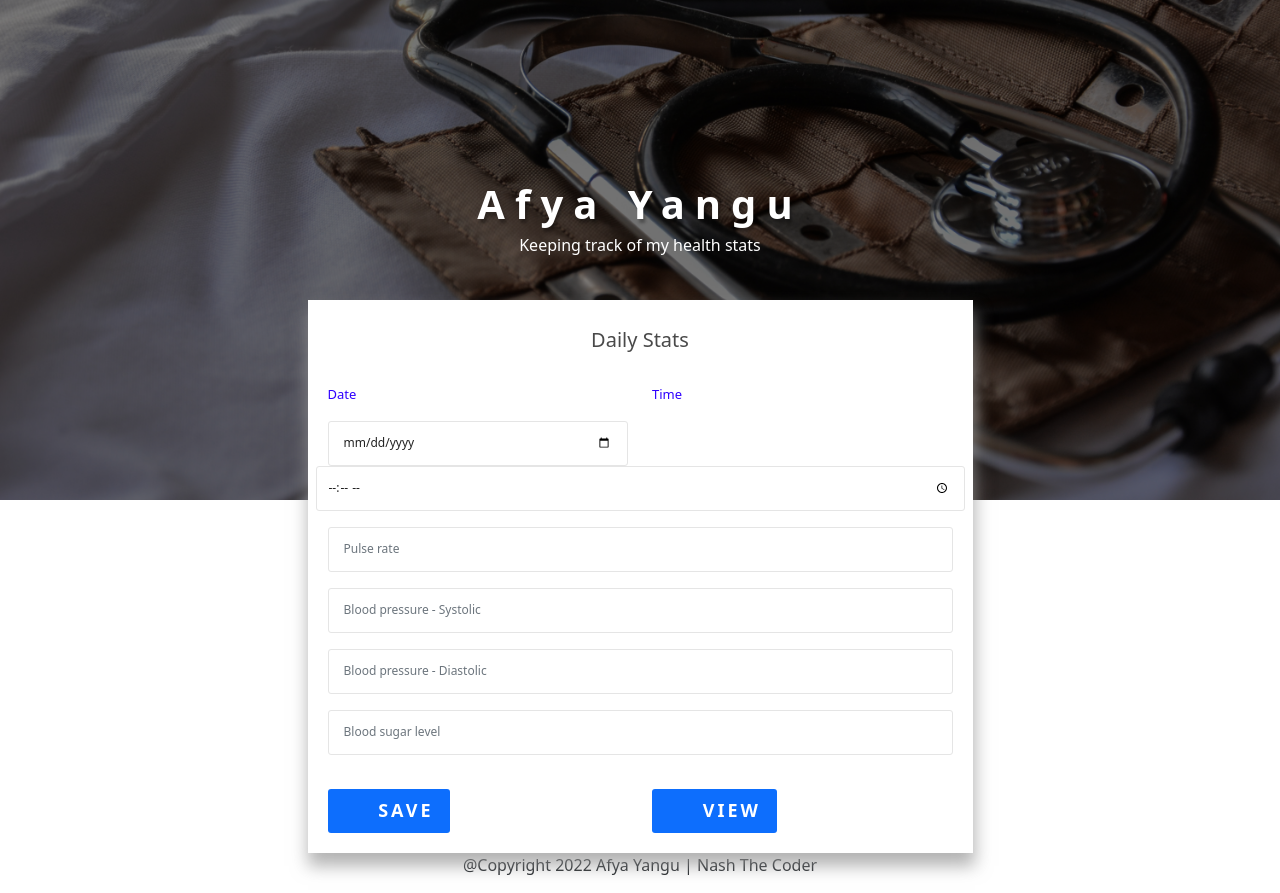
Repository: nashthecoder/afya_yangu
Page: /
These files come from the project's save history. The page is drawn as it stood at one moment and after the next save; the edit follows.
The browser window is 1280 px wide. The pictures show the whole page.
The project was rebuilt for these pictures with package versions that can differ from the ones it lists, and the page was loaded fresh each time.

Above is the page before, as saved 2022-02-27 16:56:49.

### src/App.js
import React from 'react'
import Banner from './components/Banner'
import Form from './components/Form'
import Footer from './components/Footer'
function App() {
  return (
    <div className="App">
      <Banner />
      <Form />
      <Footer />
    </div>
  );
}

export default App;

### src/style.scss
@import '../node_modules/bootstrap/scss/bootstrap.scss';
/*********************************************/
/*             GENERAL CSS              */
/*********************************************/

body {
    width: 100%;
    position: relative;
}

p.main-form-text {
    font-size: 20px !important;
    font-weight: 500;
    color: #494949;
}

h3 {
    font-size: 40px;
    letter-spacing: 10px;
    font-weight: bold;
}

h4 {
    font-size: 16px;
}

img {
    width: 100%;
    height: 100%;
}

form {
    position: relative;
}

/*********************************************/
/*              UTILITY CSS             */
/*********************************************/

input,
input.form-control {
    color: #222;
    font-size: 12px;
    background: $white;
    padding: 0 15px;
    width: 100%;
    height: 45px;
    line-height: 46px;
    outline: none;
    border: 1px solid #e5e5e5;
    border-radius: 3px;
    box-shadow: none;
    transition: all 0.3s;
}

// input.form-control-short {
//     color: #222;
//     font-size: 10px;
//     background: $white;
//     padding: 0 15px;
//     width: 36%;
//     height: 30px;
//     line-height: 35px;
//     outline: none;
//     border: 1px solid #e5e5e5;
//     border-radius: 3px;
//     box-shadow: none;
//     transition: all 0.3s;
// }

.btn-primary {
    font-weight: 600;
    font-size: 18px;
    cursor: pointer;
    display: inline-block;
    text-transform: uppercase;
    border: none;
    color: $white;
    border-radius: 3px;
    transition: all 0.3s;
    letter-spacing: 3px;
}

.btn-primary:hover,
.btn-primary:focus {
    background-color: #2b2b2b;
}

.banner {
    background-image: url("./images/bg.jpg");
    min-height: 500px;
    padding: 40px 0px;
    position: relative;
    background-position: center center;
    background-size: cover;
    background-repeat: no-repeat;
}

.banner::before {
    content: "";
    width: 100%;
    height: 100%;
    opacity: 0.5;
    background-color: #000;
    position: absolute;
    top: 0;
}

.brand {
    text-shadow: 2px 4px 3px rgba(0, 0, 0, 0.3);
}

.caption-text {
    margin-top: 130px;
    color: $white;
    position: relative;
}

/*********************************************/
/*              BANNER CSS              */
/*********************************************/

.banner {
    background-image: url("./images/bg.jpg");
    min-height: 500px;
    padding: 40px 0px;
    position: relative;
    background-position: center center;
    background-size: cover;
    background-repeat: no-repeat;
}

.banner::before {
    content: "";
    width: 100%;
    height: 100%;
    opacity: 0.5;
    background-color: #000;
    position: absolute;
    top: 0;
}

.brand {
    text-shadow: 2px 4px 3px rgba(0, 0, 0, 0.3);
}

.caption-text {
    margin-top: 130px;
    color: $white;
    position: relative;
}

/*********************************************/
/*              FORM CSS                "/
/*********************************************/

.form-box #box-title {
    position: relative;
    padding: 10px;
    text-align: center;
}

.form-box #box-title p {
    margin-bottom: 0;
    font-size: 14px;
}

.fill-form {
    position: relative;
    margin: -210px auto 0px auto;
    box-shadow: 1px 12px 16px 1px rgba(153, 153, 153, 0.75);
    -webkit-box-shadow: 1px 12px 16px 1px rgba(153, 153, 153, 0.75);
    -moz-box-shadow: 1px 12px 16px 1px rgba(153, 153, 153, 0.75);
}

.fill-form .form-box__img {
    background-color: transparent;
}

.fill-form .form-box__content {
    padding: 20px;
    background-color: $white;
}

.row {
    padding-top: 10px;
    color: rgb(47, 0, 255);
    font-size: small;
}

/*********************************************/
/*               FOOTER CSS                  "/
/*********************************************/

footer p {
    margin: 55px 0px 60px 0px;
    font-size: 17px;
    font-weight: 600;
    color: transparent;
    -webkit-background-clip: text;
    -moz-background-clip: text;
    background-clip: text;
}

/*********************************************/
/*              MEDIA QUERIES CSS           "/
/*********************************************/

@media only screen and (min-width: 994px) and (max-width: 1398px) and (-webkit-min-device-pixel-ratio: 1) {
    .form-box #box-title {
        padding: 5px 20px 20px 20px;
    }
}

@media only screen and (min-width: 767px) and (max-width: 1196px) and (-webkit-min-device-pixel-ratio: 1) {
    .form-box #box-title {
        padding: 0px;
    }
    .fill-form .form-box__content {
        padding: 50px 50px 60px 50px;
    }
}

@media only screen and (min-width: 500px) and (max-width: 766px) and (-webkit-min-device-pixel-ratio: 1) {
    .form-box #box-title {
        padding: 0px;
    }
    .fill-form .form-box__content {
        padding: 50px 50px 60px 50px;
    }
    h3.brand {
        font-size: 30px;
    }
    .caption-text h4 {
        font-size: 14px;
    }
    .caption-text {
        margin-top: 110px;
    }
    footer {
        margin-bottom: 30px;
    }
    .form-box__img {
        display: none;
    }
}

@media only screen and (min-width: 360px) and (max-width: 499px) and (-webkit-min-device-pixel-ratio: 1) {
    .caption-text {
        margin-top: 30px;
    }
    h3.brand {
        font-size: 19px;
    }
    .banner {
        min-height: 400px;
    }
    .form-box__img {
        display: none;
    }
    footer {
        margin-bottom: 10px;
    }
}

@media only screen and (max-width: 359px) {
    .caption-text {
        margin-top: 30px;
    }
    h3.brand {
        font-size: 17px;
    }
    .caption-text h4 {
        font-size: 12px;
    }
    .banner {
        min-height: 400px;
    }
    .form-box__img {
        display: none;
    }
    .form-box #box-title {
        padding: 0px 30px 30px;
    }
}

### src/components/Banner.js
import React from 'react'

const Banner = () => {
    return (
        <>
        <header>
            <div className="banner">
                <div className="container">
                    <div className="row">
                        <div className="col-lg-9 offset-lg-3 mx-auto">
                            <div className="caption-text text-center">
                                <h3 className="brand">Afya Yangu</h3>
                                <h4> Keeping track of my health stats</h4>
                            </div>
                        </div>
                    </div>
                </div>
            </div>
        </header>
        </>
    )
}

export default Banner

### src/components/Form.js
import React from 'react'

const Form = () => {
    return (
        <>
        <section>
            <div className="container">
                <div className="row">
                <div className="col-lg-7 offset-lg-2 g-0 mx-auto">
                    <div className="fill-form form-box">
                            <div className="form-box__content">
                            <div id="box-title">
                                <p className="main-form-text">Daily Stats</p>
                            </div>
                            <div className="container">
                                <div class="row">
                                        <div class="col">
                                            <p>Date</p>
                                            <input
                                                id="date"
                                                name="date"
                                                placeholder="Date"
                                                type="date"
                                            />
                                        </div>
                                        <div class="col">
                                            <p>Time</p>
                                        </div>
                                        <input
                                            id="time"
                                            name="time"
                                            placeholder="Time"
                                            type="time"
                                        />
                                </div>
                            </div>
                            <form>
                                <div className="mt-3">
                                <input
                                    className="form-control"
                                    id="pulse-rate"
                                    name="pulse-rate"
                                placeholder="Pulse rate"
                                    type="number"
                                />
                                </div>
                                <div className="mt-3">
                                    <input
                                        class="form-control"
                                    id="systolic-number"
                                        name="systolic-number"
                                        placeholder="Blood pressure - Systolic"
                                        type="number"
                                    />
                                </div>
                                <div className="mt-3">
                                    <input
                                        className="form-control"
                                        id="diastolic-number"
                                        name="diastolic-number"
                                    placeholder="Blood pressure - Diastolic"
                                        type="number"
                                    />
                                </div>
                                <div className="mt-3">
                                    <input
                                        class="form-control"
                                    id="bloodSugar-level"
                                        name="bloodSugar-level"
                                        placeholder="Blood sugar level"
                                        type="number"
                                    />
                                </div>
                                <div className="d-grid mt-4">
                                <div class="container">
                                    <div class="row row-cols-2">
                                        <div class="col">
                                            <button class="btn btn-primary btn-lg" type="submit" value="Send Now">
                                                <svg
                                                xmlns="http://www.w3.org/2000/svg"
                                                width="27"
                                                height="27"
                                                fill="currentColor"
                                                class="bi bi-mailbox2"
                                                viewBox="0 0 16 16"
                                                >
                                                </svg>{" "}
                                                Save
                                            </button>
                                        </div>
                                        <div class="col">
                                            <button class="btn btn-primary btn-lg" type="submit" value="Send Now">
                                                <svg
                                                xmlns="http://www.w3.org/2000/svg"
                                                width="27"
                                                height="27"
                                                fill="currentColor"
                                                class="bi bi-mailbox2"
                                                viewBox="0 0 16 16"
                                                >
                                                </svg>{" "}
                                                View
                                            </button>
                                        </div>
                                    </div>
                                </div>
                                </div>
                            </form>
                            </div>
                        </div>
                    </div>
                </div>
                </div>
        </section>
        </>
    )
}

export default Form

### src/components/Footer.js
import React from 'react'

const Footer = () => {
    return (
        <>
        <div>
            <p className="footer text-center">@Copyright 2022 Afya Yangu | Nash The Coder</p>
        </div>
        </>
    )
}

export default Footer

Loaded but not shown: public/index.html (common file); src/index.js (common file); src/reportWebVitals.js (common file)

After the next save:
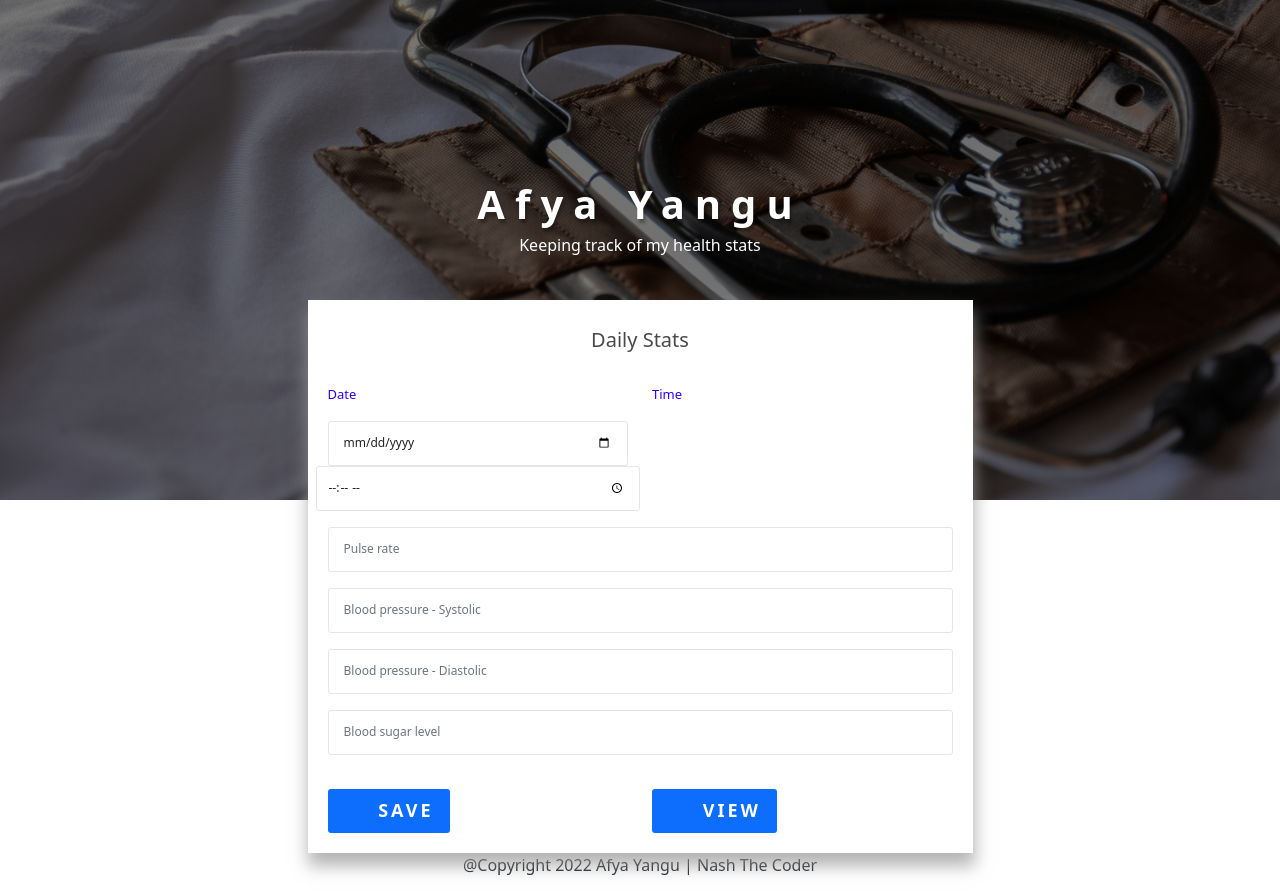
Saved 2 h 49 min later.
--- a/src/components/Form.js
+++ b/src/components/Form.js
@@ -13,7 +13,7 @@ const Form = () => {
                                 <p className="main-form-text">Daily Stats</p>
                             </div>
                             <div className="container">
-                                <div class="row">
+                                <div class="row row-cols-2">
                                         <div class="col">
                                             <p>Date</p>
                                             <input
